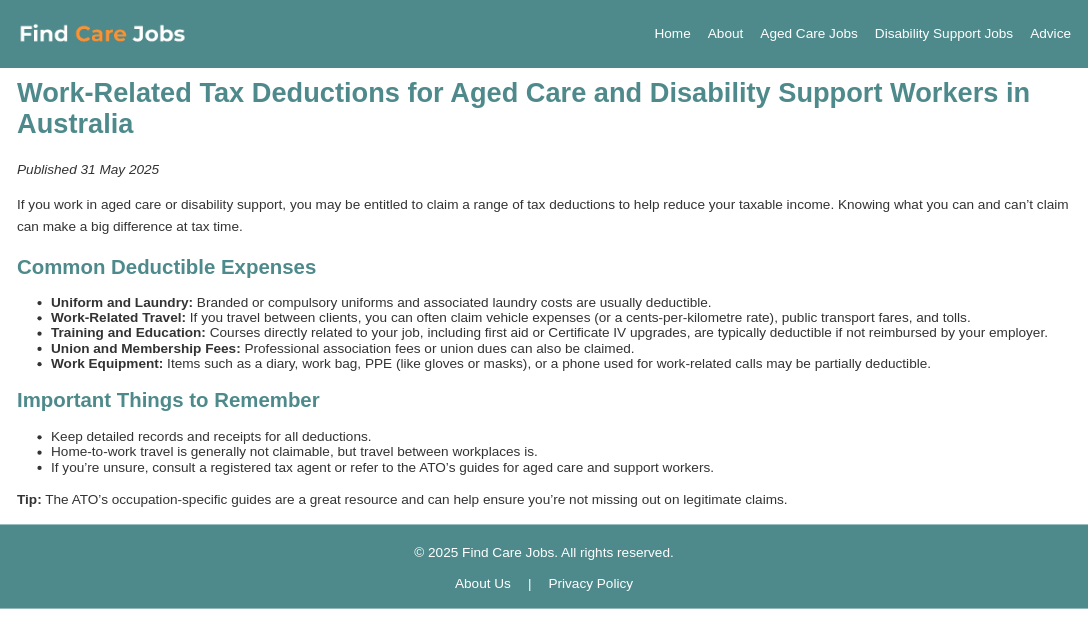
Repository: RichardCareJobs/find-care-jobs
Page: posts/tax-for-aged-care-disability-support.html
An editor plug-in stored every save of this project. The page is shown before and after the next save, followed by the edit.
The browser window is 1280 px wide. The pictures show the whole page, at 85% of full size.

Above is the page before, as saved 2025-05-31 11:23:00.

After the next save:
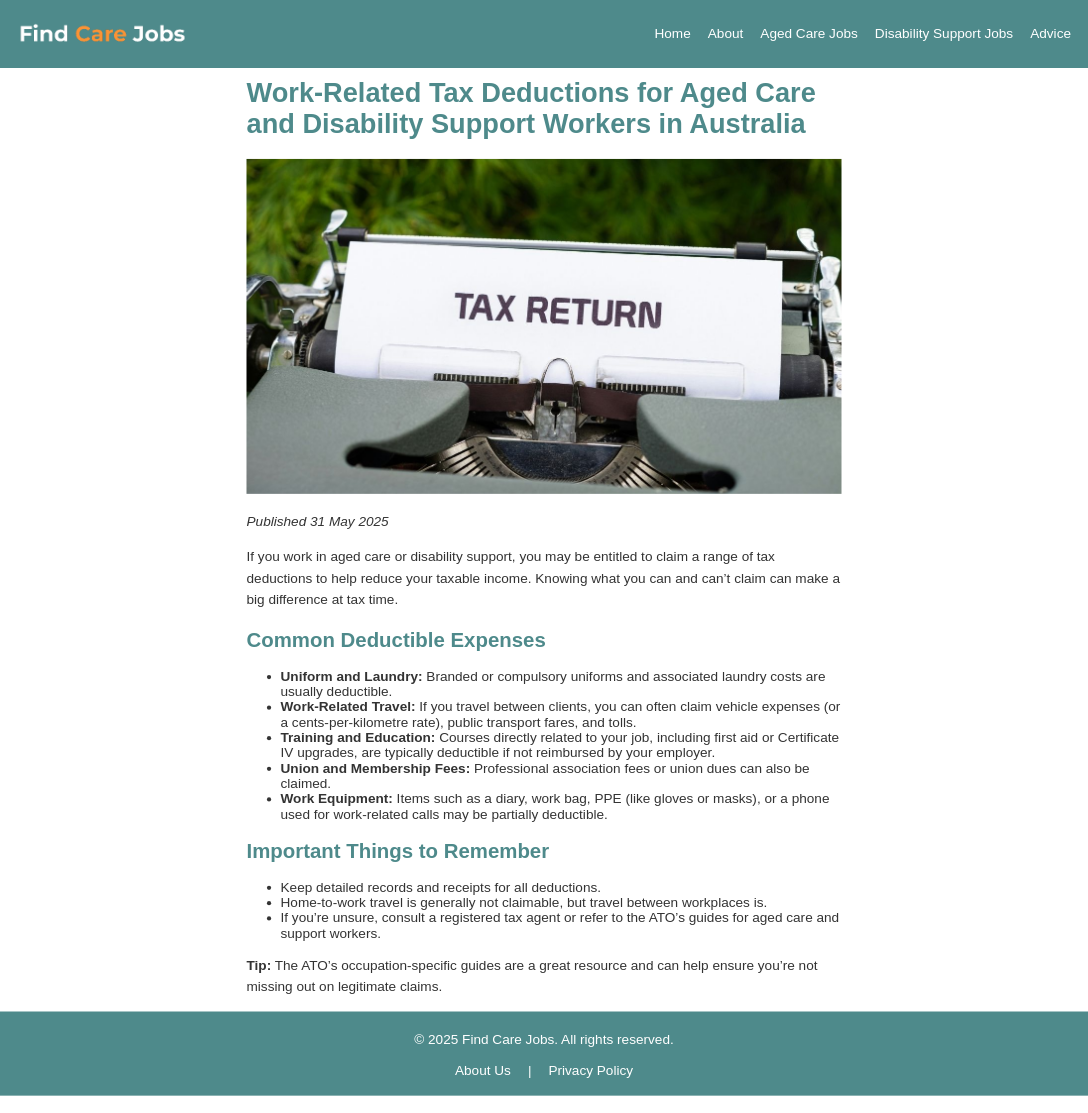
Saved 63 s later.
--- a/posts/tax-for-aged-care-disability-support.html
+++ b/posts/tax-for-aged-care-disability-support.html
@@ -39,7 +39,14 @@
 
 
   <main>
+    <div class="blog-container">
   <h1>Work-Related Tax Deductions for Aged Care and Disability Support Workers in Australia</h1>
+
+       <img
+  src="../images/blog/tax-deductions-care.jpg"
+  alt="Disability support worker engaging in professional development"
+  style="max-width: 100%; height: auto; margin: 20px 0;"
+  >
 
   <p><em>Published 31 May 2025</em></p>
 
@@ -64,6 +71,7 @@
   </ul>
 
   <p><strong>Tip:</strong> The ATO’s occupation-specific guides are a great resource and can help ensure you’re not missing out on legitimate claims.</p>
+</div>
 </main>
 
 
